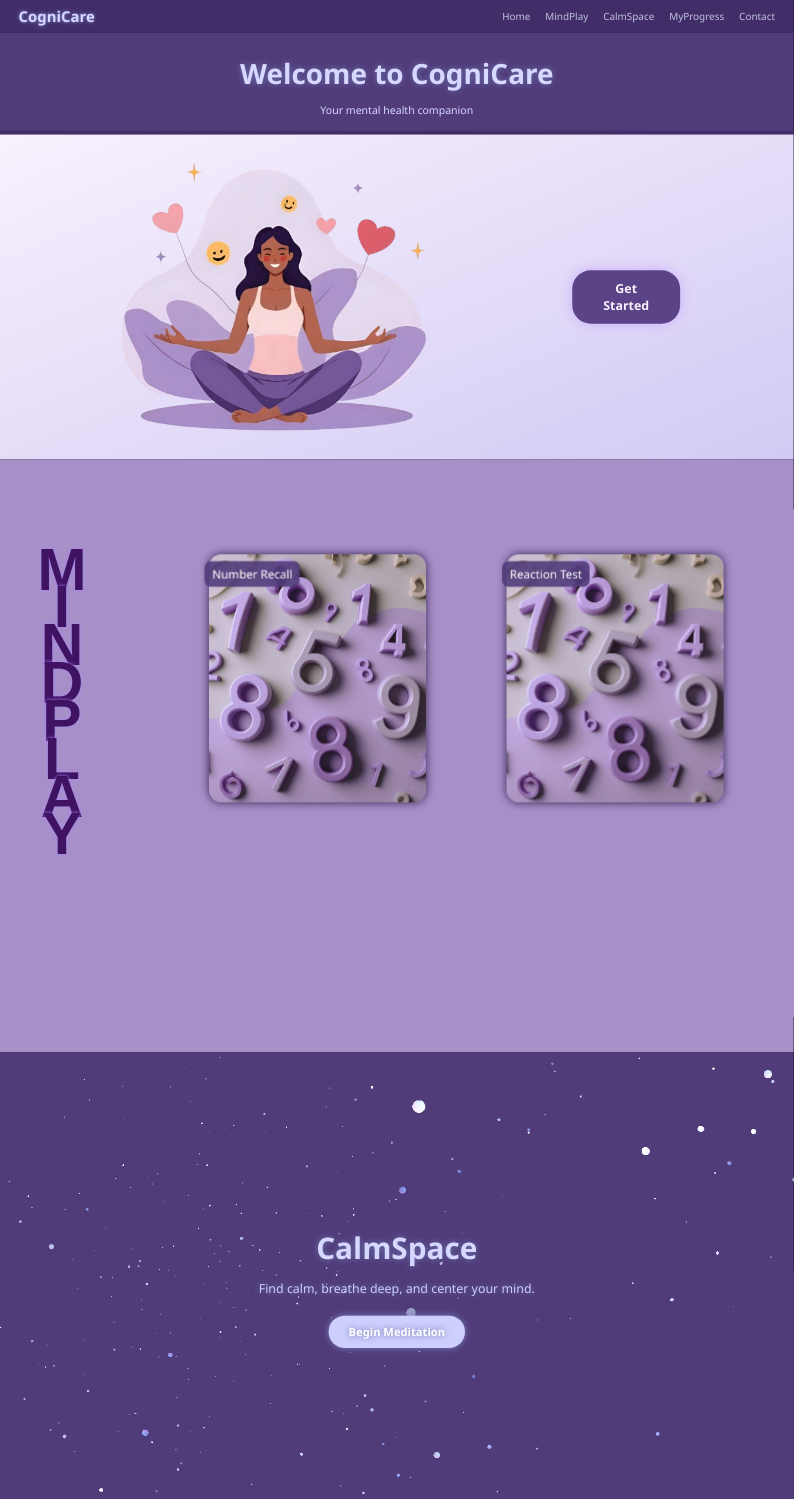
Repository: rujularaut/CogniCare
Page: /
The author's editor kept a copy of each file at every save. The page is drawn from the files as they stood at one save, then again after a run of saves.
The browser window is 1280 px wide. The pictures show the whole page, at 62% of full size.
The project was rebuilt for these pictures with package versions that can differ from the ones it lists, and the page was loaded fresh each time. Also part of the build but not shown: src/components/MeditationRoom.css, src/components/Signup.css, src/components/Signup.js, src/components/Login.css, src/components/Login.js, src/components/Stepper.css, src/components/Stepper.jsx, src/components/SignupStepper.css and 3 more.

Above is the page before, as saved 2025-06-25 14:42:56.

After the next 2 saves:
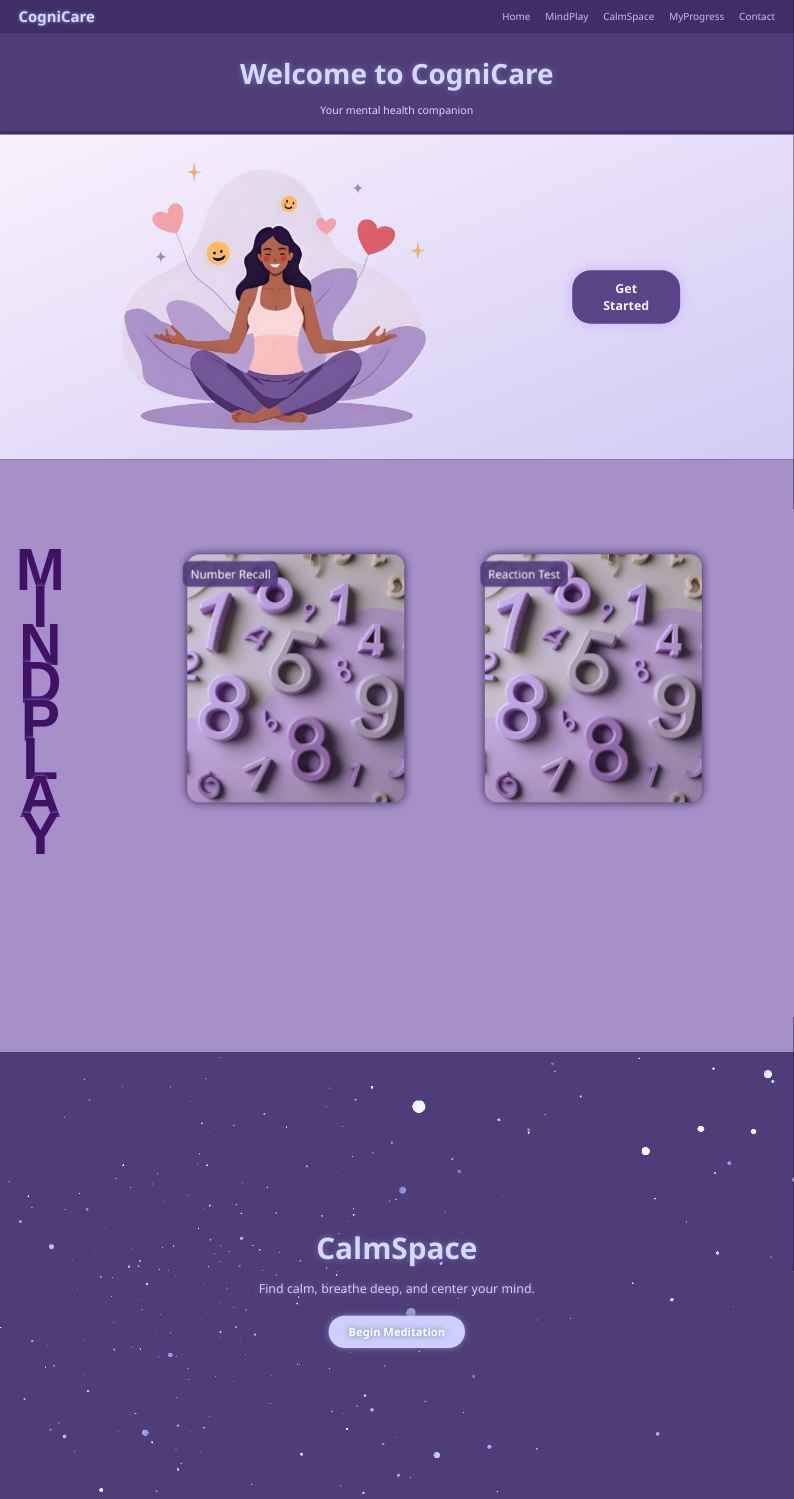
The 2 saves are shown as one change because they came seconds apart.
The last was saved 7 s later.
--- a/src/components/MindPlay.css
+++ b/src/components/MindPlay.css
@@ -31,7 +31,7 @@
   height: 80vh;
   padding: 0px 10px;
   margin-bottom: 220px;
-  margin-left: -20px;
+  margin-left: -90px;
 }
 
 .mindplay-cards {
